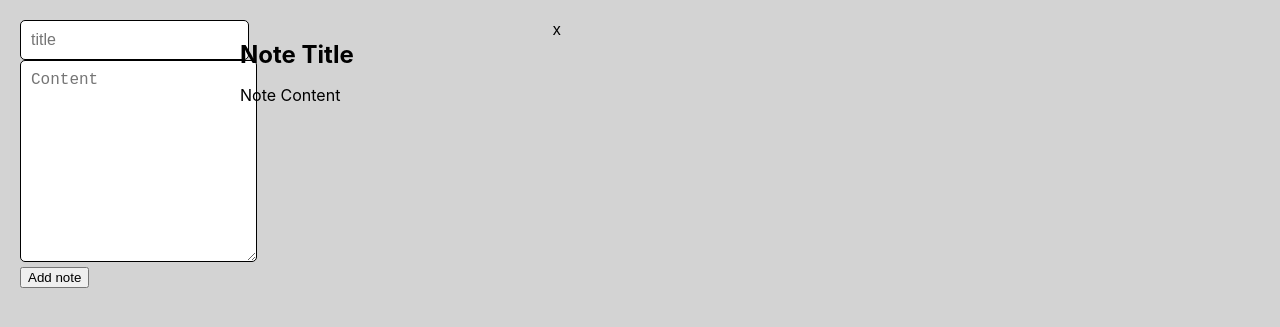
Repository: karolina-rachuta/Notes_React_Node_Js
Page: /
The author's editor kept a copy of each file at every save. The page is drawn from the files as they stood at one save, then again after the next save.
The browser window is 1280 px wide. The pictures show the whole page.
The project was rebuilt for these pictures with package versions that can differ from the ones it lists, and the page was loaded fresh each time.

Above is the page before, as saved 2024-08-10 21:36:06.

### src/App.tsx
import './App.css';

function App() {
  return (
    <div className="app-container">
      <form action="note-form">
        <input
          type="text"
          placeholder="title"
          value=""
          required
        />
        <textarea
          placeholder="Content"
          name=""
          id=""
          cols={20}
          rows={10}
          required
        ></textarea>
        <button type="submit">Add note</button>
      </form>
      <div className="notes-grid">
        <div className="notes-item">
          <div className="notes-header">
            <button>x</button>
          </div>
          <h2>Note Title</h2>
          <p>Note Content</p>
        </div>
      </div>
    </div>
  );
}

export default App;

### src/App.css
body {
  margin: 20px;
  background-color: lightgray;
}

.app-container {
  grid-template-columns: 1fr;
}

@media (min-width: 600px) {
  .app-container {
    display: grid;
    grid-template-columns: 200px 1fr;
    gap: 20px;
  }
}

.notes-grid {
  display: grid;
  grid-template-columns: repeat(auto-fill, minmax(250px, 1fr));
  grid-auto-rows: minmax(250px, auto);
  gap: 20px;
}

.note-item {
  display: flex;
  flex-direction: column;
  border: 1px solid #ccc;
  padding: 10px;
  border-radius: 5px;
  background-color: #f9f9f9;
  box-shadow: 0px 0px 10px rgba(0, 0, 0, 0.1);
  cursor: pointer;
}

.notes-header {
  display: flex;
  justify-content: flex-end;
}

.notes-header button {
  font-size: 16px;
  background: transparent;
  border: none;
  cursor: pointer;
  max-width: fit-content;
}

h2 {
  margin: 0;
}

.note-form {
  display: flex;
  flex-direction: column;
  gap: 20px;
}

textarea,
input {
  border-radius: 5px;
  border: 1px solid black;
  padding: 10px;
  font-size: 16px;
}

.note-form button {
  border-radius: 5px;
  background-color: rgb(64, 154, 184);
  border: none;
  padding: 10px;
  font-size: 16px;
  color: #fff;
}

.note-form button:hover {
  background-color: rgb(106, 175, 198);
  cursor: pointer;
}

Loaded but not shown: public/index.html (common file); src/index.tsx (common file); src/index.css (common file); src/reportWebVitals.ts (common file)

After the next save:
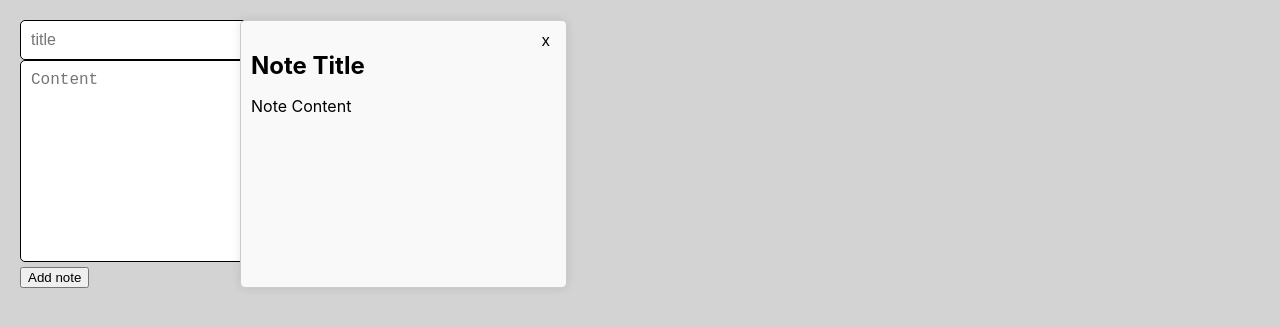
Saved 3 min 51 s later.
--- a/src/App.css
+++ b/src/App.css
@@ -22,7 +22,7 @@ body {
   gap: 20px;
 }
 
-.note-item {
+.notes-item {
   display: flex;
   flex-direction: column;
   border: 1px solid #ccc;
